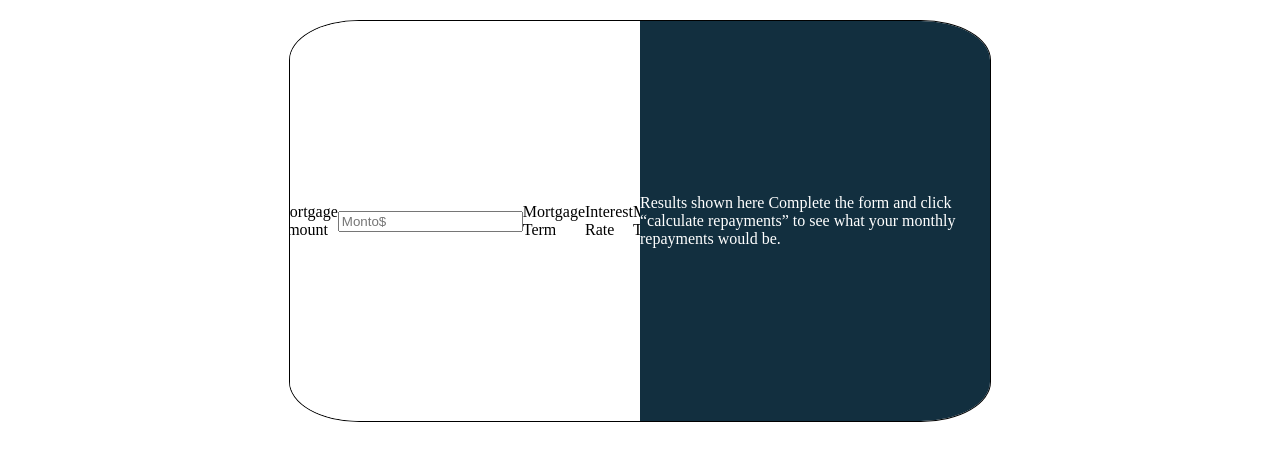
Repository: GravielPV/Mortgage-repayment-calculator
Page: index.html
An editor plug-in stored every save of this project. The page is shown before and after a run of saves, followed by the edit.
The browser window is 1280 px wide. The pictures show the whole page.

Above is the page before, as saved 2025-12-11 16:51:38.

### index.html
<!DOCTYPE html>
<html lang="en">
<head>
  <meta charset="UTF-8">
  <meta name="viewport" content="width=device-width, initial-scale=1.0"> <!-- displays site properly based on user's device -->

  <link rel="icon" type="image/png" sizes="32x32" href="./assets/images/favicon-32x32.png">
  <link rel="stylesheet" href="styles.css">
  <title>Frontend Mentor | Mortgage repayment calculator</title>


</head>
<body>
  <div class="carta">

    <div class="lado izquierdo">

 <h3> Mortgage Calculator </h3>
  <a href="#">Clear All</a>

  <label for="mortgage">Mortgage Amount</label>
<input type="text" name="mortgage" id="input-mortgage" placeholder="Monto$">
<label for="">Mortgage Term</label>
<label for=""> Interest Rate</label>
  <label for="">Mortgage Type</label>
  Repayment
  Interest Only

  Calculate Repayments
  </div>

  <!-- Empty results start -->

  <div class="lado derecho">

  Results shown here

  Complete the form and click “calculate repayments” to see what
  your monthly repayments would be.
  </div>

  <!-- Empty results end -->

  <!-- Completed results start -->

  <div class="resultado">
  Your results

  Your results are shown below based on the information you provided.
  To adjust the results, edit the form and click “calculate repayments” again.

  Your monthly repayments

  Total you'll repay over the term
  </div>

  </div>

  <!-- Completed results end -->

</body>
</html>

### styles.css
.carta{
    width: 700px;
    height: 400px;
display: flex;
margin: 20px auto;
border-radius: 10%;
border: 1px solid rgb(0, 0, 0);
 overflow: hidden;
}

.lado{
    width: 50%;
    display: flex;
    align-items: center;
    justify-content: center;
}

.izquierdo{
display: flex;
    background-color: rgb(255, 255, 255);
}

.derecho{

    background-color: hsl(202, 55%, 16%);
    color: white;
}

.resultado{
    display: none;
}

After the next 3 saves:
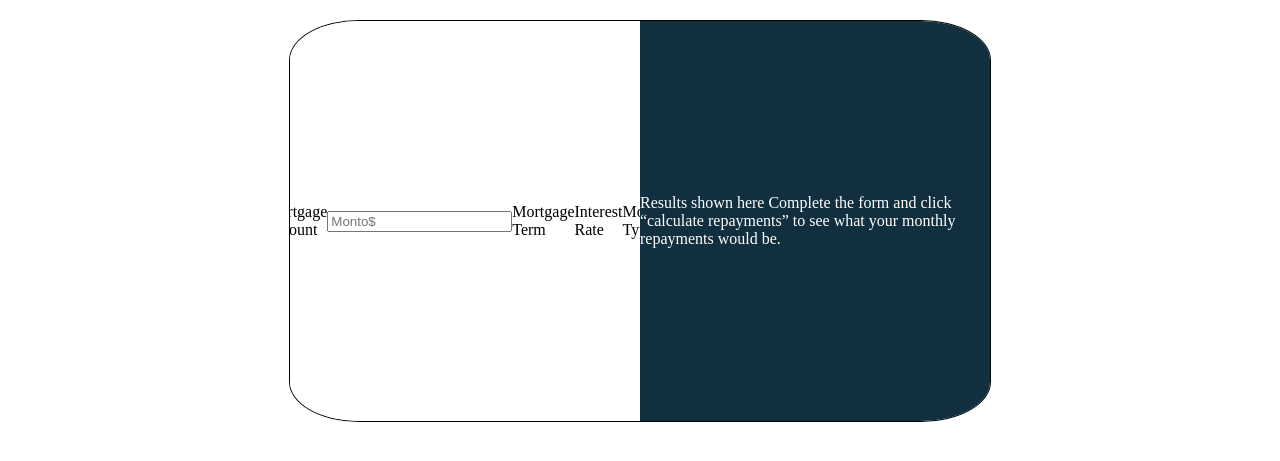
The 3 saves are shown as one change because they came seconds apart.
The last was saved 11 s later.
--- a/index.html
+++ b/index.html
@@ -23,6 +23,7 @@
 <label for="">Mortgage Term</label>
 <label for=""> Interest Rate</label>
   <label for="">Mortgage Type</label>
+  <input type="radio">
   Repayment
   Interest Only
 
